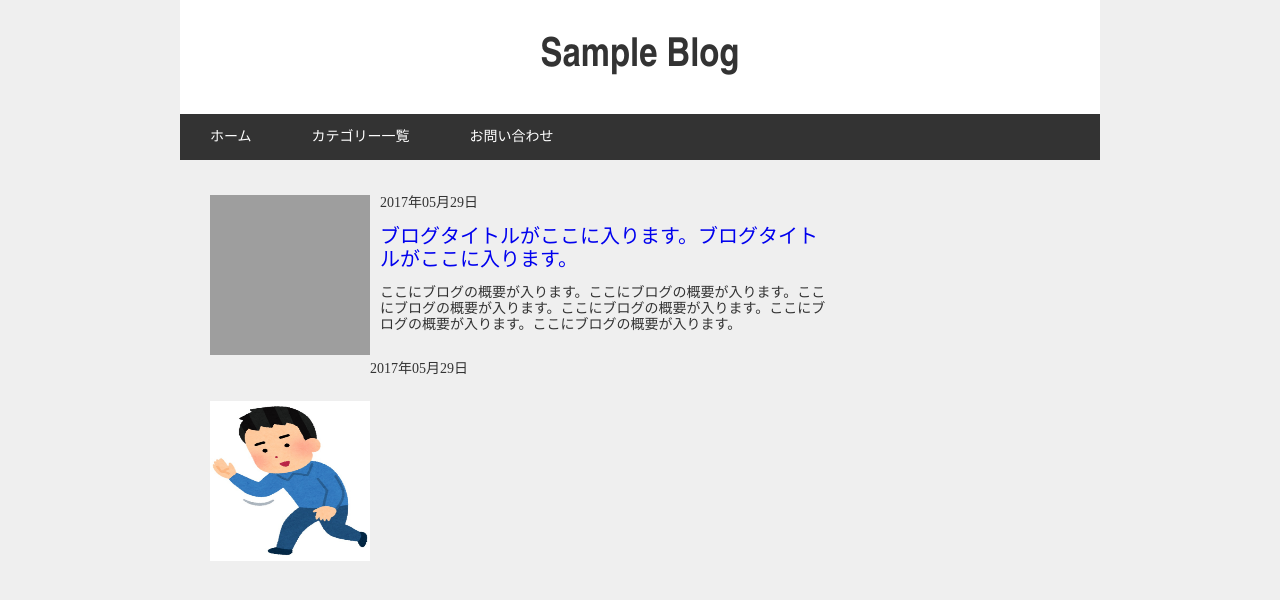
Repository: KogawaLink/-html
Page: html/ouyou/index.html
The author's editor kept a record of every edit. The page is drawn from the files as they stood at one moment, then again after the next edit.
The browser window is 1280 px wide. The pictures show the whole page.
Pictures or frames that could not be fetched are drawn as grey boxes.

Above is the page before.

After the next edit:
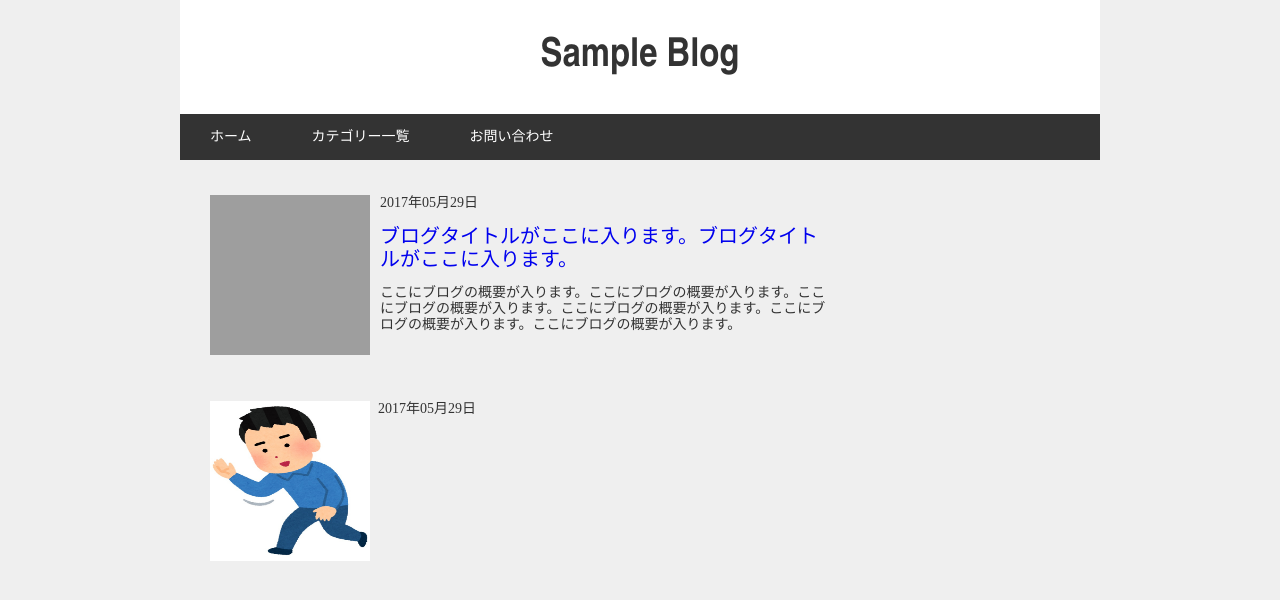
The edit:
--- a/html/ouyou/index.html
+++ b/html/ouyou/index.html
@@ -29,7 +29,7 @@
           </div>
           <p> </p>
           <img src="irasutoya2.jpg" class="blogphoto2" alt="２枚目">
-          <div class="hiduke">2017年05月29日</div>
+          <div class="hiduke2">2017年05月29日</div>
         </div>
       </div>
     </div>
